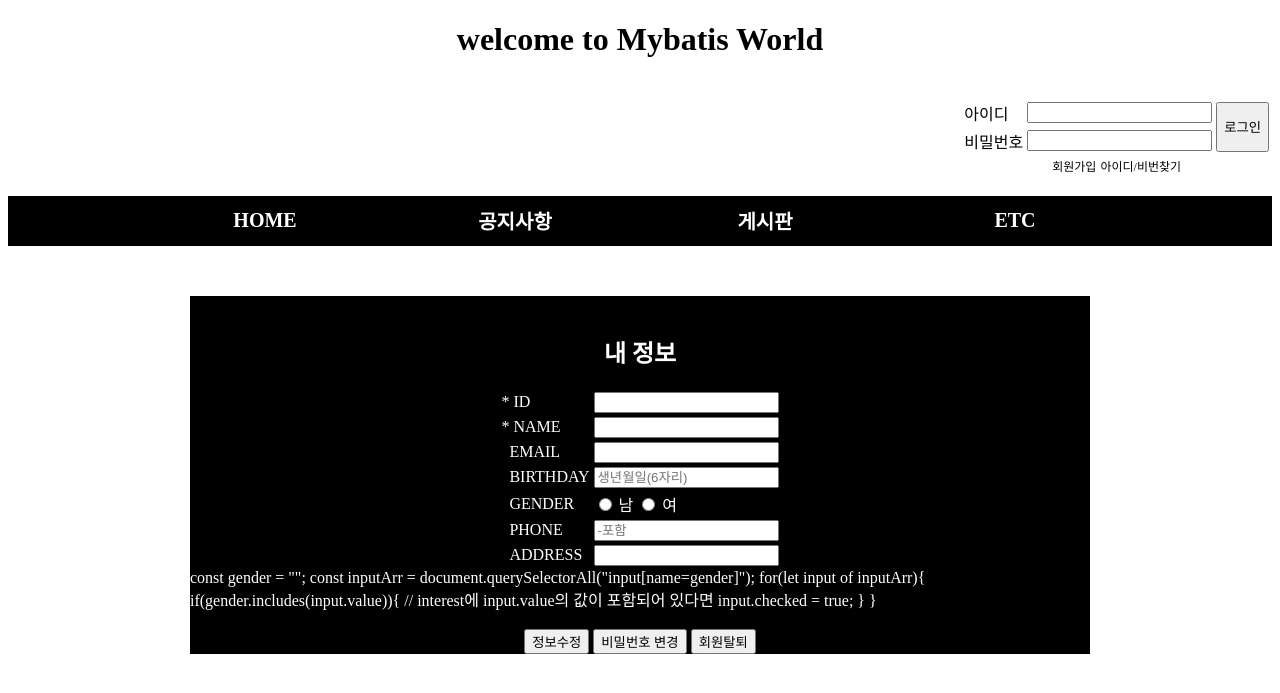
Repository: ailraon/KHAcademy
Page: http://localhost/mybatisProject/views/member/myPage.jsp
These files come from the project's save history. The page is drawn as it stood at one moment and after the next save; the edit follows.
The browser window is 1280 px wide. The pictures show the whole page.
The page is served by Tomcat 10.

Above is the page before, as saved 2025-03-06 06:40:44.

After the next save:
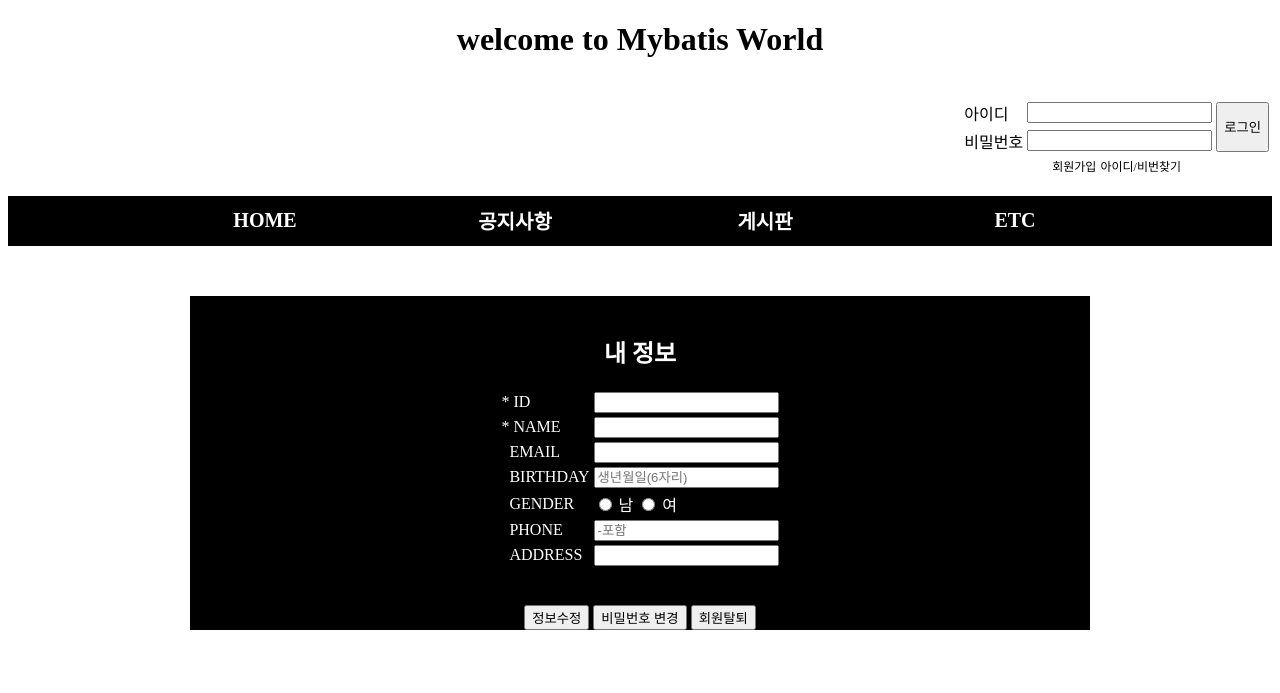
Saved 53 s later.
--- a/JakartaEE 스펙을 적용한 BackEnd 개발/mybatisProject/src/main/webapp/views/member/myPage.jsp
+++ b/JakartaEE 스펙을 적용한 BackEnd 개발/mybatisProject/src/main/webapp/views/member/myPage.jsp
@@ -46,7 +46,7 @@
 					<td><input type="text" name="address" value="${loginUser.address }"></td>
 				</tr>
 			</table>
-			<scirpt>
+			<script>
 				const gender = "${loginUser.gender }";
 				const inputArr = document.querySelectorAll("input[name=gender]");
 
@@ -55,7 +55,7 @@
 						input.checked = true;
 					}
 				}
-			</scirpt>
+			</script>
 
 			<br><br>
 
